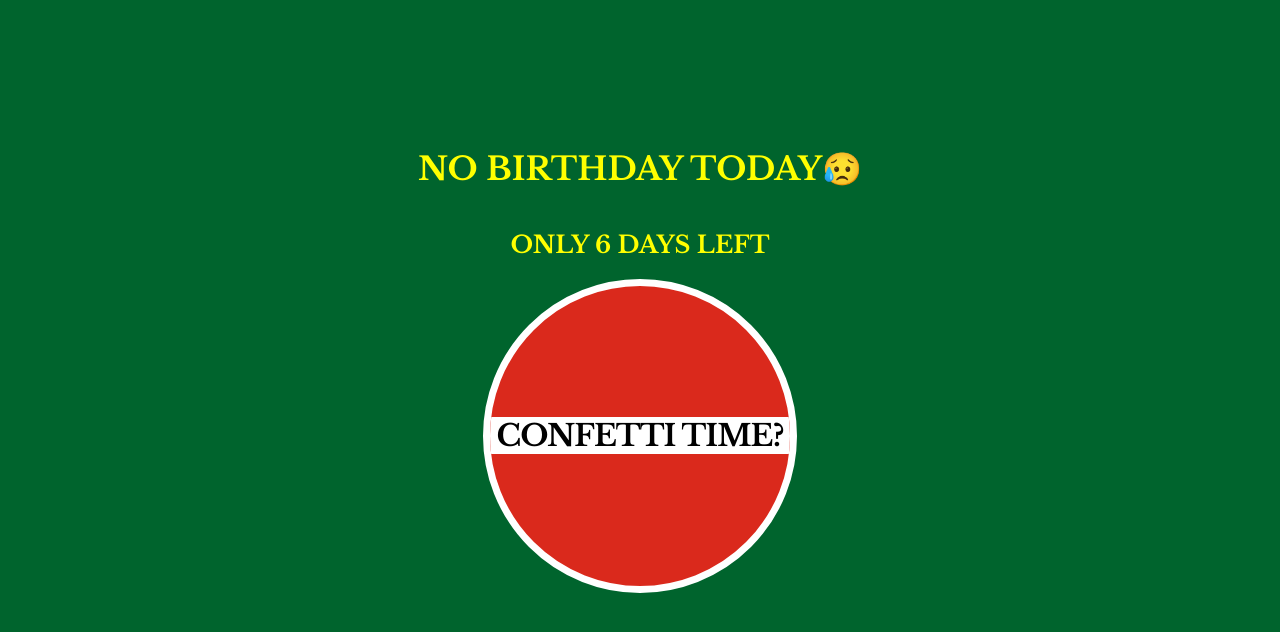
Repository: David-Waite/HannahsBirthdayWebsite
Page: /
These files come from the project's save history. The page is drawn as it stood at one moment and after the next save; the edit follows.
The browser window is 1280 px wide. The pictures show the whole page.
The project was rebuilt for these pictures with package versions that can differ from the ones it lists, and the page was loaded fresh each time.

Above is the page before, as saved 2023-03-30 18:39:00.

After the next save:
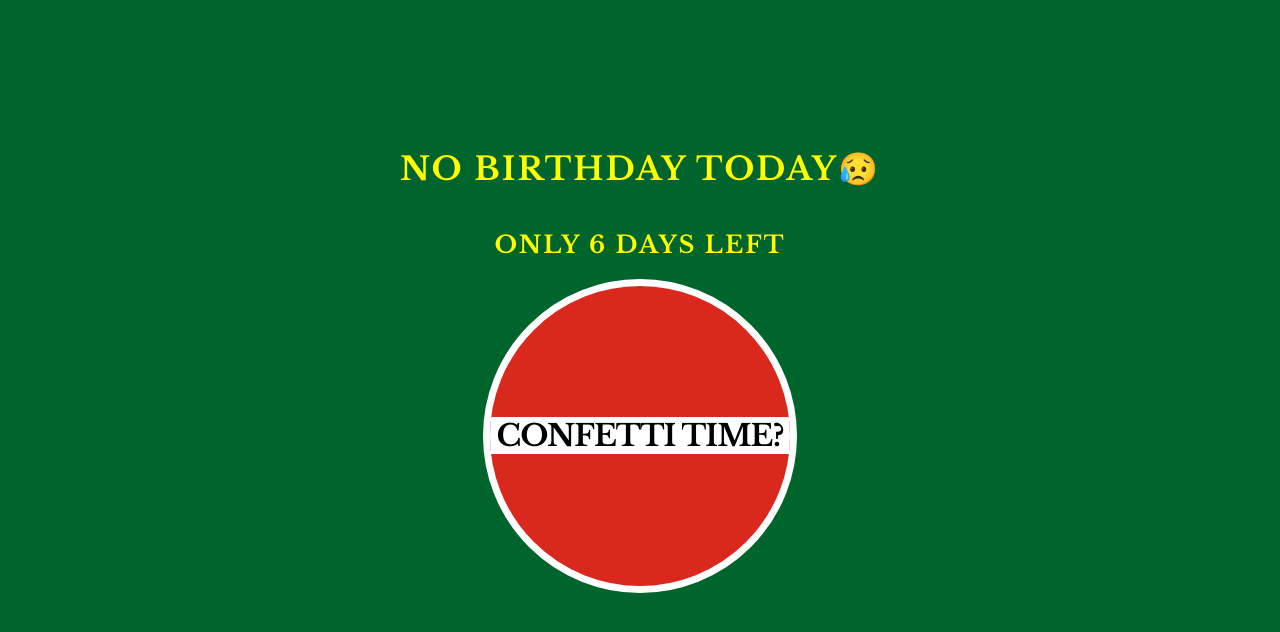
Saved 8 s later.
--- a/src/index.css
+++ b/src/index.css
@@ -3,7 +3,7 @@ body {
   font-family: "Libre Baskerville", serif;
   -webkit-font-smoothing: antialiased;
   -moz-osx-font-smoothing: grayscale;
-  letter-spacing: 2;
+  letter-spacing: 2px;
 }
 
 .App {
